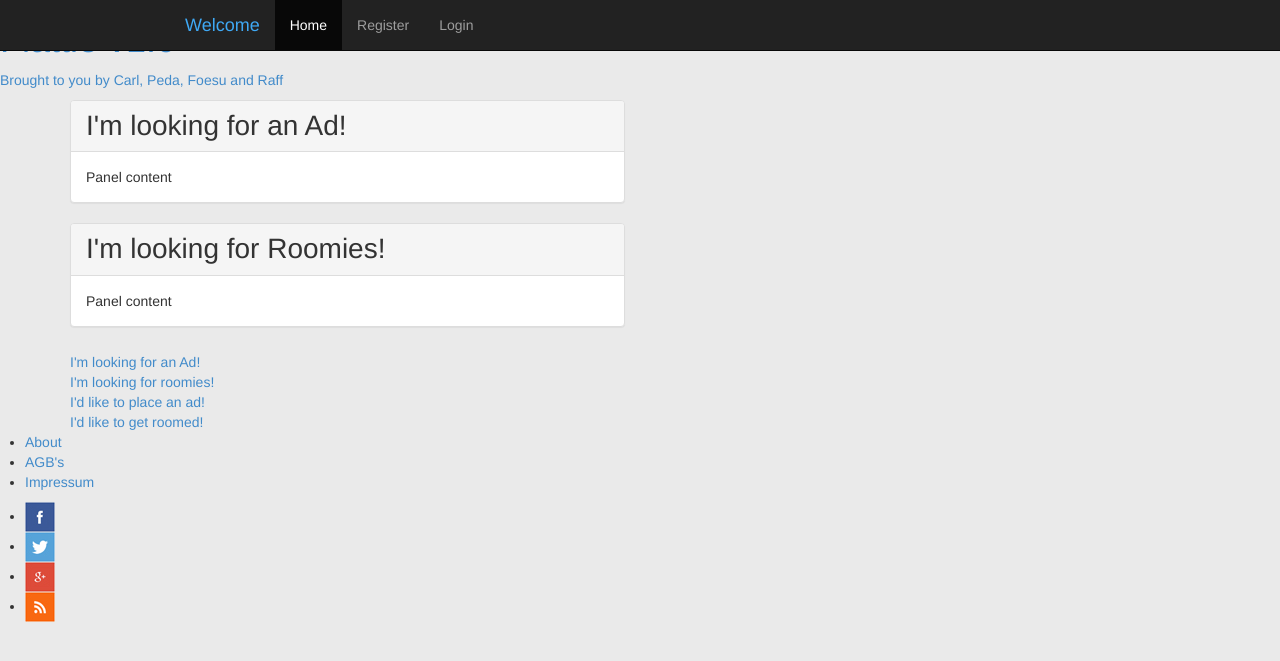
Repository: ese-unibe-ch/ese2014-team2
Page: http://localhost/Skeleton/pages/index.jsp
The author's editor kept a copy of each file at every save. The page is drawn from the files as they stood at one save, then again after the next save.
The browser window is 1280 px wide. The pictures show the whole page.
Some web libraries are served in a nearby version. The page is served by Tomcat 9. Nobody is signed in. The application's start-up code is not run. The template is opened directly, without the code that normally fills it, so the values that code supplies are empty.

Above is the page before, as saved 2014-10-30 14:39:34.
Console error (its wording comes from the project's code and is left out).

After the next save:
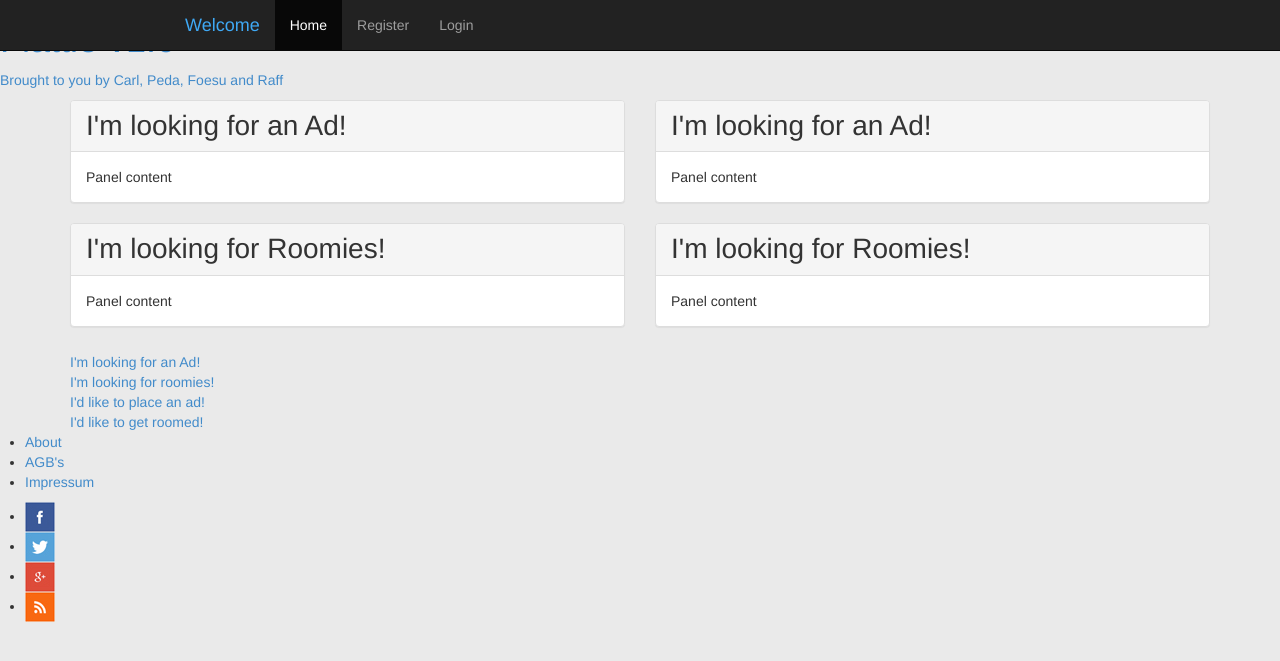
Saved 33 s later.
--- a/Skeleton/src/main/webapp/pages/index.jsp
+++ b/Skeleton/src/main/webapp/pages/index.jsp
@@ -10,6 +10,24 @@
 
 <!-- TEST WITH BOOTSTRAP PANELS -->
       <div class="row">
+        <div class="col-sm-6">
+          <div class="panel panel-default">
+            <div class="panel-heading">
+              <h3 class="panel-title">I'm looking for an Ad!</h3>
+            </div>
+            <div class="panel-body">
+              Panel content
+            </div>
+          </div>
+          <div class="panel panel-default">
+            <div class="panel-heading">
+              <h3 class="panel-title">I'm looking for Roomies!</h3>
+            </div>
+            <div class="panel-body">
+              Panel content
+            </div>
+          </div>
+        </div><!-- /.col-sm-4 -->
         <div class="col-sm-6">
           <div class="panel panel-default">
             <div class="panel-heading">
